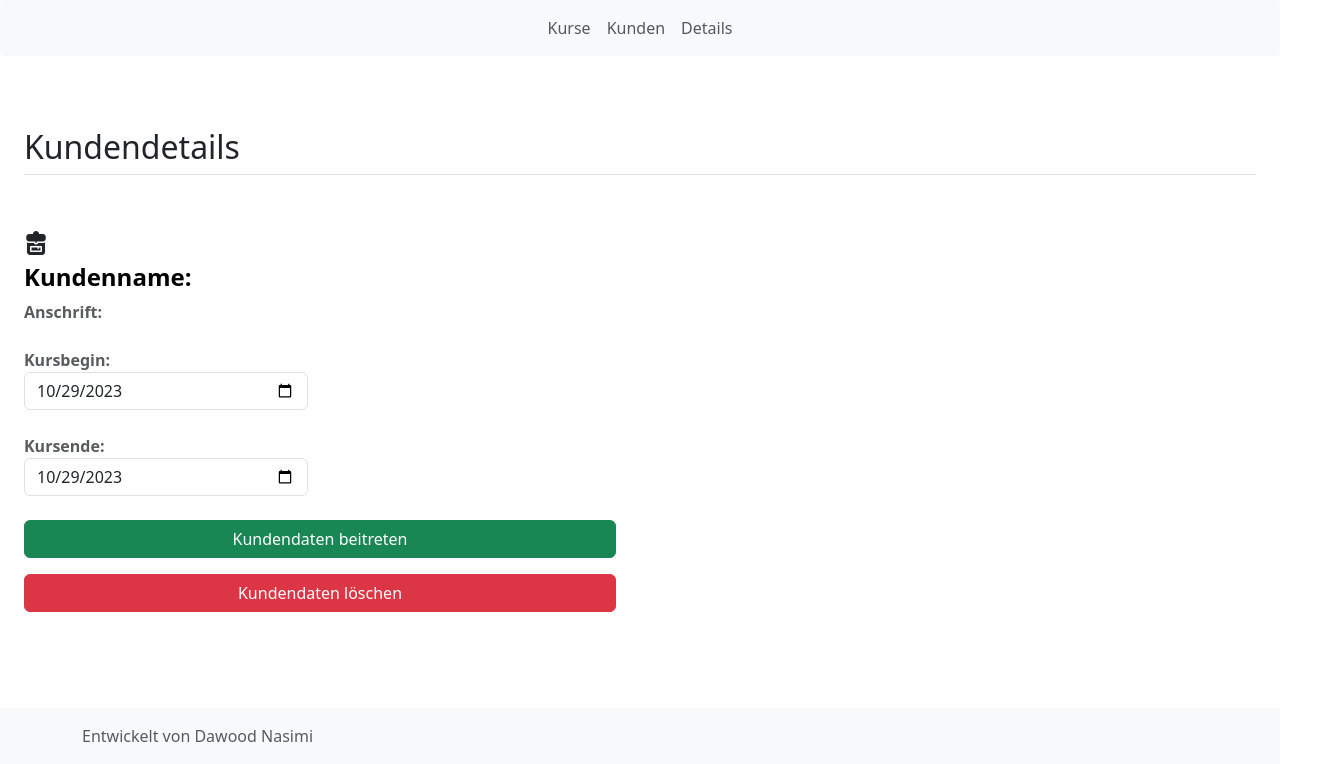
Repository: Dawoodnasimi/kurse
Page: templates/kunden/show.html.twig
These files come from the project's save history. The page is drawn as it stood at one moment and after the next save; the edit follows.
The browser window is 1280 px wide. The page is 1280 px wide, then 1328 px, so the pictures cover 1328 px, including what lies to the right of the window. The pictures show the whole page.
The page is a Twig template of a Symfony application; nobody is signed in and links lead nowhere. Other server files are loaded and not shown. The template is opened directly, without the code that normally fills it, so the values that code supplies are empty.

Above is the page before, as saved 2023-10-29 12:36:48.

### templates/kunden/show.html.twig
{% extends 'base.html.twig' %}

{% block title %}
	Kunden
{% endblock %}

{% block body %}
	<div class="container-fluid mx-12 px-4 py-5 kundendetails">
		<h2 class="pb-2 border-bottom">Kundendetails</h2>

		<div class="row row-cols-1 row-cols-md-2 align-items-md-center g-5 py-5">
			<div class="col d-flex flex-column gap-2">
				<div class="col">
					<div class="row row-cols-1 row-cols-sm-2 g-4">
						<div class="col d-flex flex-column gap-2">
							<div class="bi bi-backpack4-fill d-inline-flex align-items-center justify-content-start bg-gradient fs-4 rounded-3"></div>
							<h4 class="fw-semibold mb-0 text-body-emphasis"><strong>Kundenname: </strong>{{ kunde.name }}</h4>
							<p class="text-body-secondary"><strong>Anschrift: </strong>{{ kunde.anschrift }}</p>
							<p class="text-body-secondary"><strong>Kursbegin: </strong>
							<input type='date' class='form-control' id='date' name='date' value='{{ kunde.begin|date('Y-m-d') }}' required>
							</p>
							<p class="text-body-secondary"><strong>Kursende: </strong>
							<input type='date' class='form-control' id='date' name='date' value='{{ kunde.ende|date('Y-m-d') }}' required>
							</p>
						</div>
					</div>
				</div>

				<a href="{{ path('app_kunden') }}/bearbeiten/{{ kunde.id }}" class="btn btn-success mb-2" type="button">Kundendaten beitreten</a>
				<a href="{{ path('app_kunden') }}/loeschen/{{ kunde.id }}" class="btn btn-danger" type="button">Kundendaten löschen</a>

			</div>

		</div>
	</div>
{% endblock %}

### templates/base.html.twig
<!DOCTYPE html>
<html>
	<head>
		<meta charset="UTF-8">
		<title>
			{% block title %}
			Kurse
			{% endblock %}
		</title>

		{% block stylesheets %}
		{{ encore_entry_link_tags('app') }}
		<link href="https://cdn.jsdelivr.net/npm/bootstrap@5.3.2/dist/css/bootstrap.min.css" rel="stylesheet" integrity="sha384-T3c6CoIi6uLrA9TneNEoa7RxnatzjcDSCmG1MXxSR1GAsXEV/Dwwykc2MPK8M2HN" crossorigin="anonymous">
		<link rel="stylesheet" href="https://cdn.jsdelivr.net/npm/bootstrap-icons@1.11.1/font/bootstrap-icons.css">

		{% endblock %}


		{% block javascripts %}
		{{ encore_entry_script_tags('app') }}

		<script src="https://cdn.jsdelivr.net/npm/bootstrap@5.3.2/dist/js/bootstrap.bundle.min.js" integrity="sha384-C6RzsynM9kWDrMNeT87bh95OGNyZPhcTNXj1NW7RuBCsyN/o0jlpcV8Qyq46cDfL" crossorigin="anonymous"></script>

		{% endblock %}

	</head>

	<body>

{% block header %}
    <nav class="navbar navbar-expand-lg bg-body-tertiary rounded" aria-label="Twelfth navbar example">
        <div class="container-fluid">
            <button class="navbar-toggler" type="button" data-bs-toggle="collapse" data-bs-target="#navbars_ziff" aria-controls="navbars_ziff" aria-expanded="false" aria-label="Toggle navigation">
                <span class="navbar-toggler-icon"></span>
            </button>

            <div class="collapse navbar-collapse justify-content-md-center" id="navbars_ziff">
                <ul class="navbar-nav">
                    <li class="nav-item">
                        <a class="nav-link {% if app.request.attributes.get('_route') == 'app_kurse' %}active{% endif %}" aria-current="page" href="{{ path('app_kurse') }}">Kurse</a>
                    </li>
                    <li class="nav-item">
                        <a class="nav-link {% if app.request.attributes.get('_route') == 'app_kunden' %}active{% endif %}" href="{{ path('app_kunden') }}">Kunden</a>
                    </li>
                    <li class="nav-item">
                        <a class="nav-link {% if app.request.attributes.get('_route') == 'app_details' %}active{% endif %}" href="{{ path('app_details') }}">Details</a>
                    </li>
                </ul>
            </div>
        </div>
    </nav>
	<br>
{% endblock %}

{% block body %}{% endblock %}

{% block footer %}
		<footer class="footer mt-auto py-3 bg-body-tertiary">
			<div class="container">
				<span class="text-muted">Entwickelt von Dawood Nasimi</span>
			</div>
		</footer>
{% endblock %}

	</body>
</html>

Loaded but not shown: webpack.config.js (common file)

After the next save:
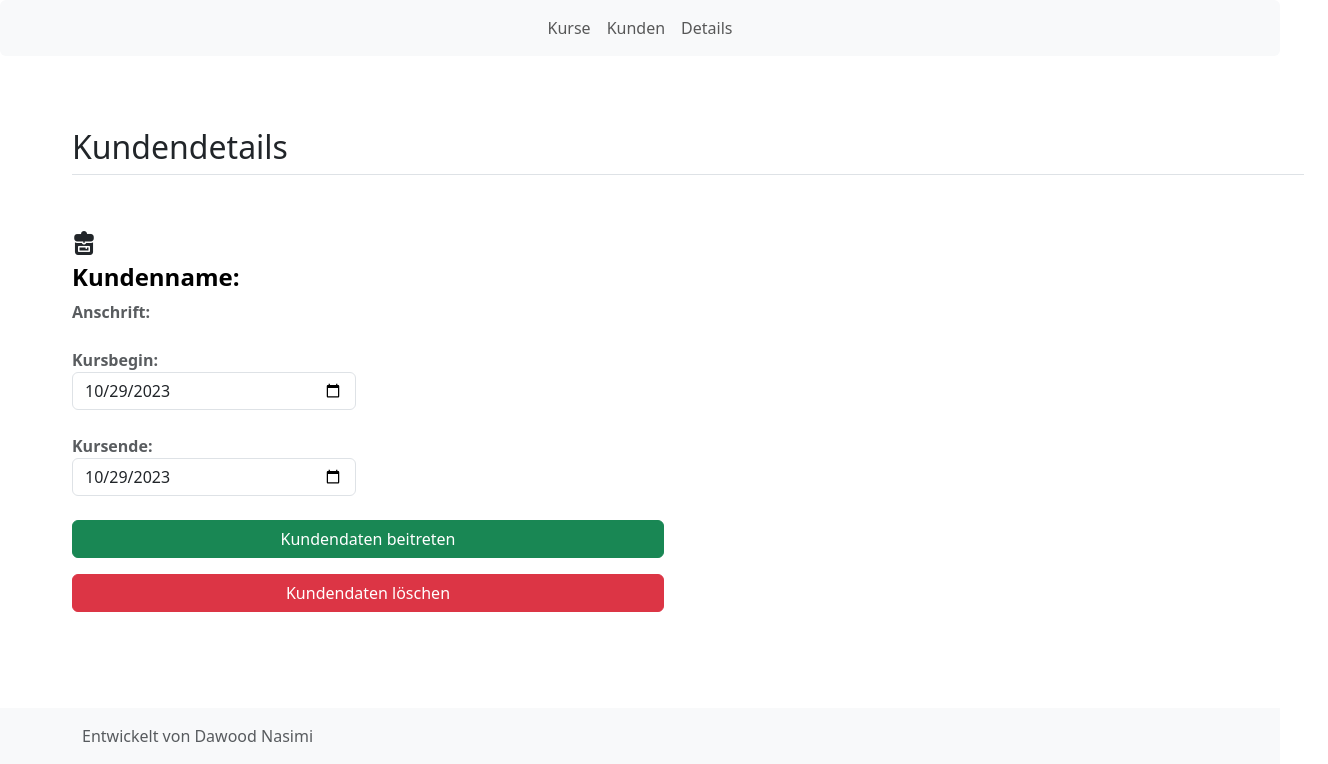
Saved 14 s later.
--- a/templates/kunden/show.html.twig
+++ b/templates/kunden/show.html.twig
@@ -5,7 +5,7 @@
 {% endblock %}
 
 {% block body %}
-	<div class="container-fluid mx-12 px-4 py-5 kundendetails">
+	<div class="container-fluid mx-5 px-4 py-5 kundendetails">
 		<h2 class="pb-2 border-bottom">Kundendetails</h2>
 
 		<div class="row row-cols-1 row-cols-md-2 align-items-md-center g-5 py-5">
